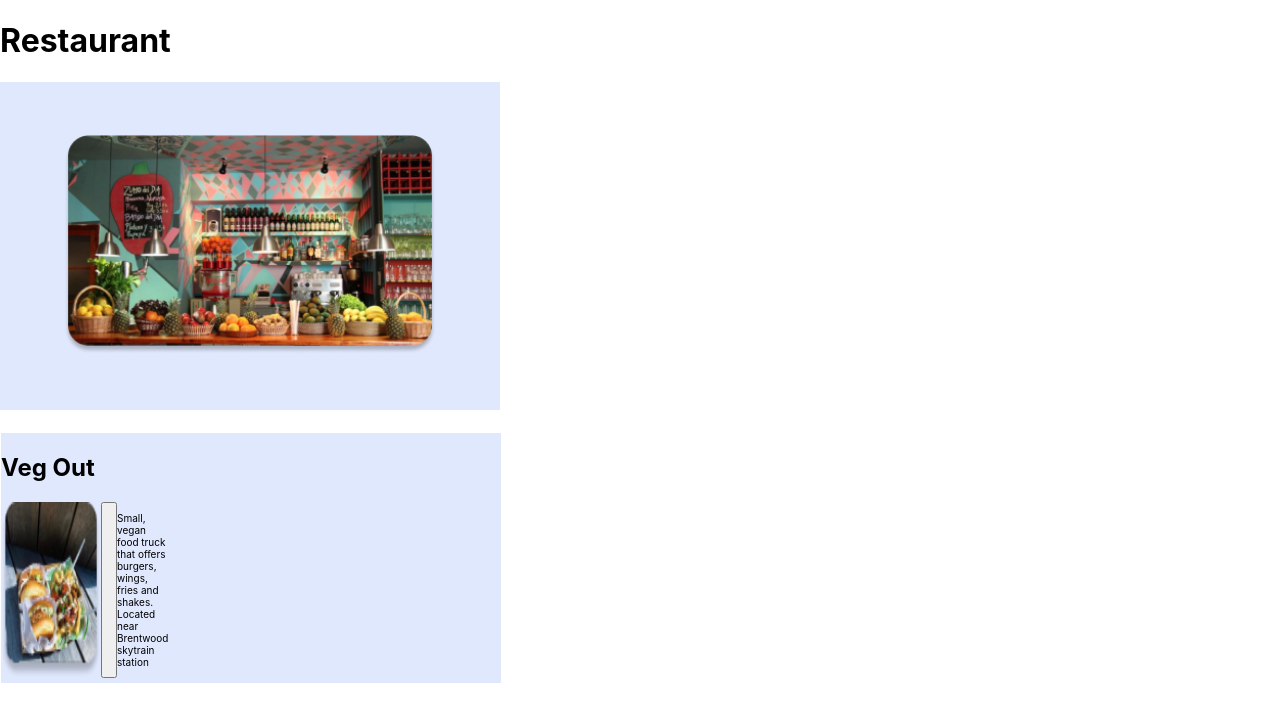
Repository: Kinakopan/design_mindfulEating_site
Page: /restaurant (app in firstapp/)
These files come from the project's save history. The page is drawn as it stood at one moment and after the next save; the edit follows.
The browser window is 1280 px wide. The pictures show the whole page.
The project was rebuilt for these pictures with package versions that can differ from the ones it lists, and the page was loaded fresh each time. The framework's server and built-in components were replaced by stand-ins that run in the browser. Also part of the build but not shown: firstapp/next.config.js.

Above is the page before, as saved 2022-04-20 16:23:45.

### firstapp/pages/restaurant.js
import ImgCard from "../comps/ImgCard";
import RestaurantCard from "../comps/RestaurantCard";
import ReCont from "../comps/RestaurantCard";
import ReImg from "../comps/RestaurantCard";
import Starts from "../comps/RestaurantCard";


export default function Restaurant(){

    return (
    <div>
        <h1>Restaurant</h1>

        <ImgCard
        img="/restaurant.png"
        bg="#E0E8FD"/>


    <main>
        <RestaurantCard>
        </RestaurantCard>



    </main>
    </div>

    )
}

### firstapp/comps/ImgCard.js
import { Children } from 'react';
import styled from 'styled-components';

const CardCont = styled.div`
    background-color: ${props=>props.cl};
    color: ${props=>props.text_cl};
    min-width: 375px;
    max-width: 500px;
    padding: 1em 3em 1em 3em;
    border-radius: ${props=>props.border_radius}
`;

const DispImage = styled.img`
    width: 100%;
    padding: 1em;
`;

const List = styled.div`
    text-align: right;
`;

export default function ImgCard({
    img="/food1.png",
    bg="#E0E8FD",
    tcl="#08213E",
    title="",
    txt="",
    bor="",
    n1,n2,n3,n4="",
    Children=null

}){

    return <CardCont cl={bg} text_cl={tcl} border_radius={bor}>
        <h1>{title}</h1>
        <DispImage src={img}/>
        <List>
            <h2>{n1}</h2>
            <h2>{n2}</h2>
            <h2>{n3}</h2>
            <h2>{n4}</h2>
        </List>
        <p>{txt}</p>
        {Children}

    </CardCont>
}

### firstapp/comps/RestaurantCard.js

import styled from 'styled-components';


const ReCont = styled.div`
background-color:${props=>props.cl};
width:500px;
align-items: center;
position: absolute;
height: 250px;
left: 1px;
top: 433px;
`
;

const ReImg = styled.img`
width:100px;
padding: 1 1 auto auto;
`;


const Text = styled.p`
font-size: 10px;
width: 50px;
left: 150px;

`
;


const ResItem = styled.div`
    display: flex;
`
;

const Title = styled.h2`

`
;


export default function RestaurantCard({
    img="/veg out.png",
    bg="#E0E8FD",
    h2="Veg Out",
    txt="Small, vegan food truck that offers burgers, wings, fries and shakes. Located near Brentwood skytrain station",


}){

    return <ReCont
    cl={bg} txt={txt}>
    <Title>{h2}</Title>


    <ResItem>
        <ReImg src={img}></ReImg>
            <button img="/start rating.png"></button>
        <Text>{txt}</Text>

    </ResItem>
    </ReCont>
}


//export default function RestaurantCard(){
    //return(
   //     <img src="/veg out.png" />
   // )

//}

Loaded but not shown: firstapp/pages/_app.js (common file); firstapp/styles/globals.css (common file)

After the next save:
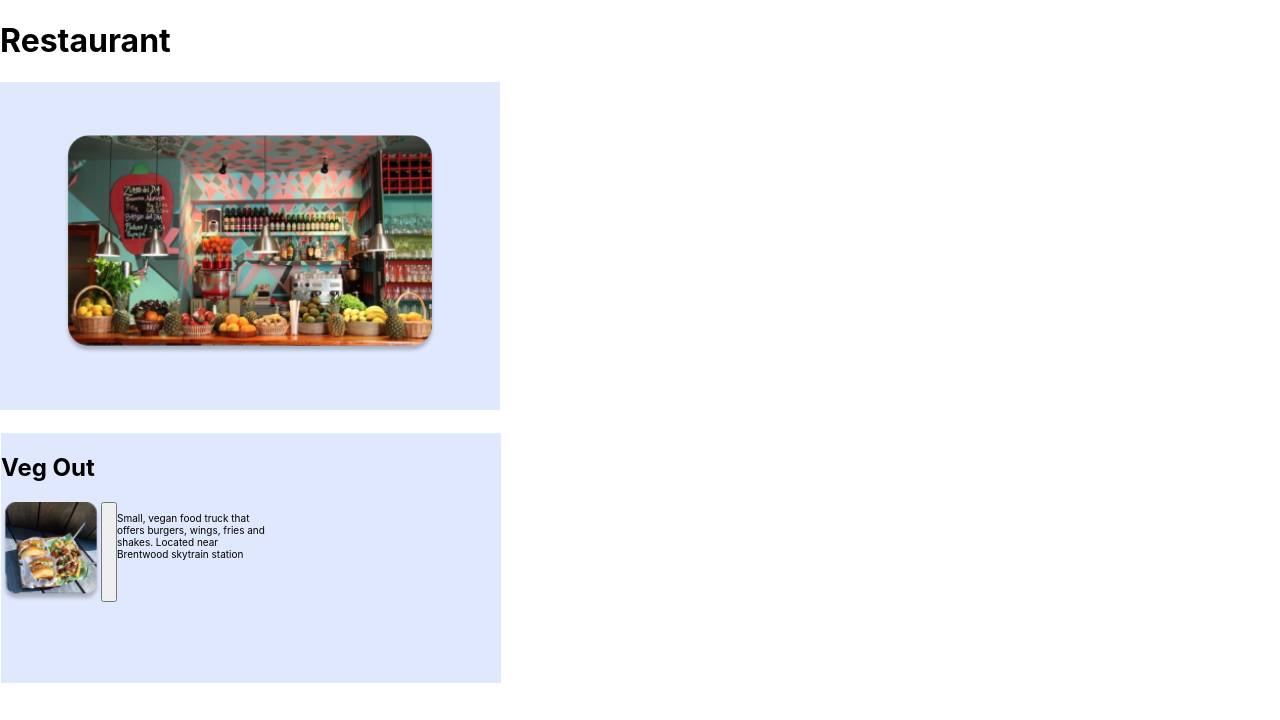
Saved 4 s later.
--- a/firstapp/comps/RestaurantCard.js
+++ b/firstapp/comps/RestaurantCard.js
@@ -21,8 +21,8 @@ padding: 1 1 auto auto;
 
 const Text = styled.p`
 font-size: 10px;
-width: 50px;
-left: 150px;
+width: 150px;
+
 
 `
 ;
